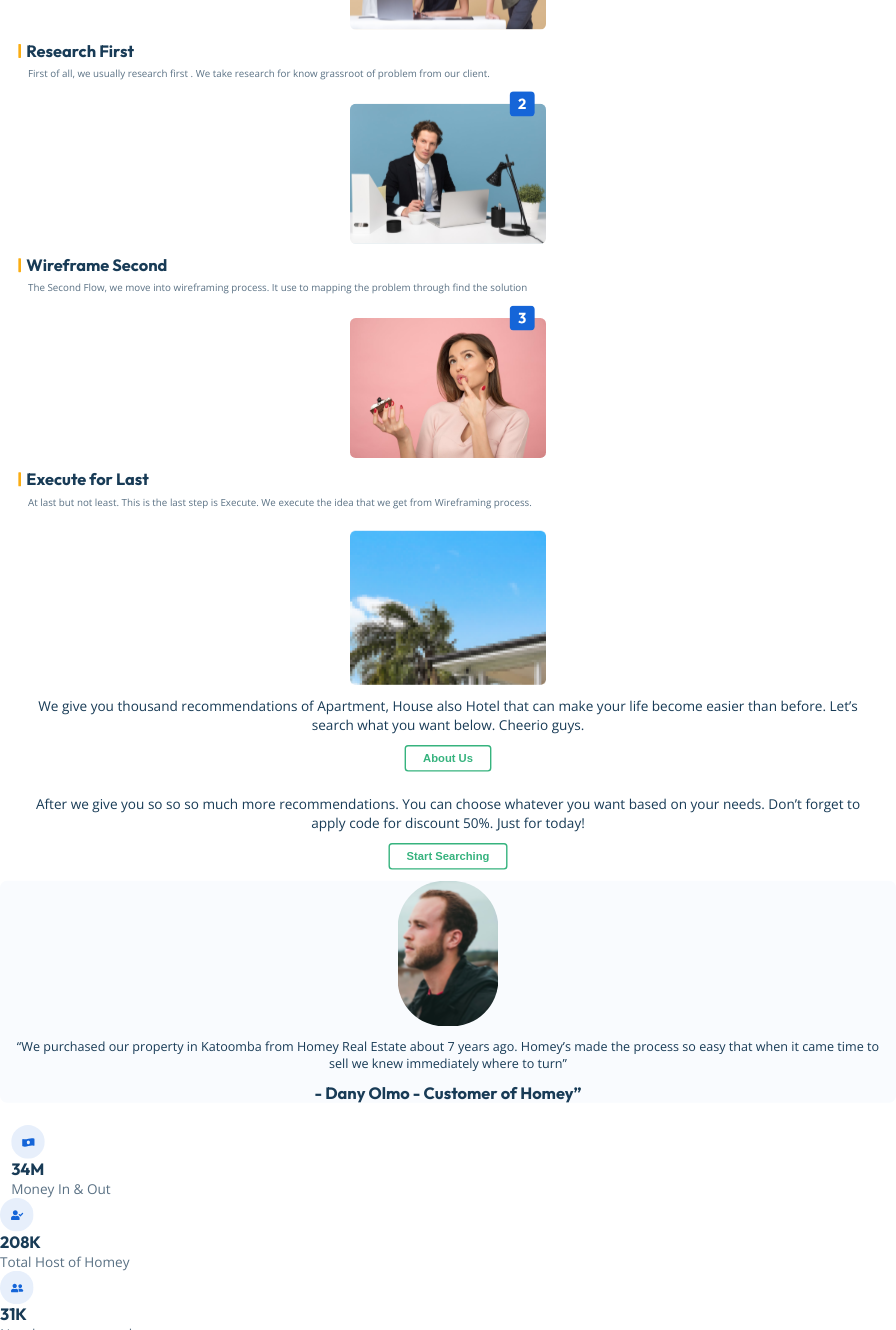
Repository: gustavoRichardt/prova-front
Page: index.html
An editor plug-in stored every save of this project. The page is shown before and after a run of saves, followed by the edit.
The browser window is 1280 px wide. The pictures show the part of the page from y = 2876 to 4776 px (the page is 5767 px tall before and 5663 px after), at 70% of full size.
A picture or video elsewhere on the page could not be fetched, so the positions and the page height are approximate.

Above is the page before, as saved 2026-09-01 14:58:11.

After the next 2 saves:
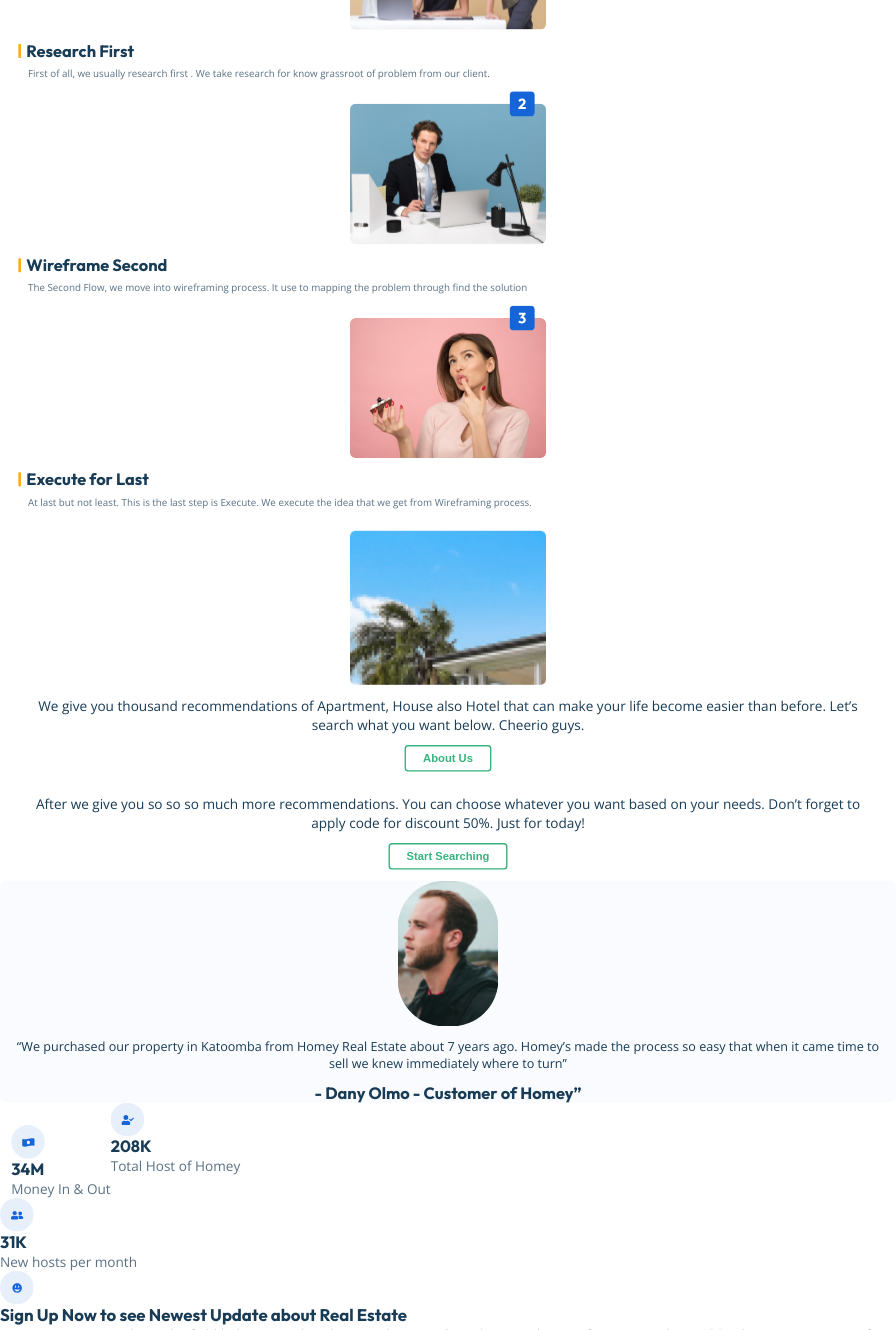
The 2 saves are shown as one change because they came seconds apart.
The last was saved 7 s later.
--- a/style.css
+++ b/style.css
@@ -414,7 +414,9 @@
     height: 48px;
 }
 
-.total
+.total-hospedeiros {
+
+}
 
 .conjunto-dados1 {
     display: flex;
